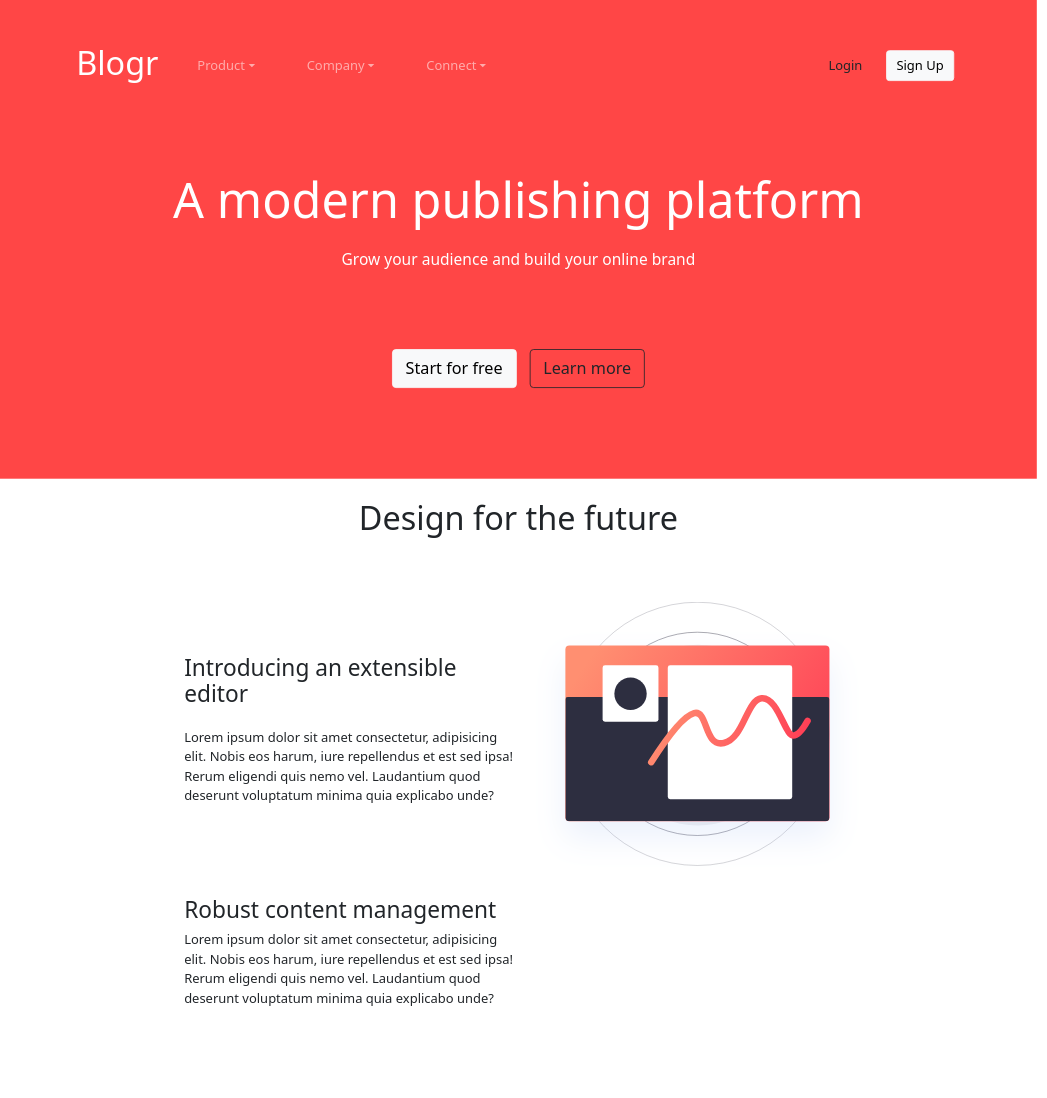
Repository: badhon252/blogr-landing-page
Page: /
The author's editor kept a copy of each file at every save. The page is drawn from the files as they stood at one save, then again after the next save.
The browser window is 1280 px wide. The page is 1292 px wide, so the pictures cover 1292 px, including what lies to the right of the window. The pictures show the whole page, at 81% of full size.
The project was rebuilt for these pictures with package versions that can differ from the ones it lists, and the page was loaded fresh each time.

Above is the page before, as saved 2022-01-18 18:53:35.

### public/index.html
<!DOCTYPE html>
<html lang="en">

<head>
  <meta charset="utf-8" />
  <link rel="icon" href="%PUBLIC_URL%/favicon.ico" />
  <meta name="viewport" content="width=device-width, initial-scale=1" />
  <meta name="theme-color" content="#000000" />
  <meta name="description" content="Web site created using create-react-app" />
  <link rel="apple-touch-icon" href="%PUBLIC_URL%/logo192.png" />

  <link rel="manifest" href="%PUBLIC_URL%/manifest.json" />
  <!-- Bootstrap css  -->
  <link href="https://cdn.jsdelivr.net/npm/bootstrap@5.1.3/dist/css/bootstrap.min.css" rel="stylesheet"
    integrity="sha384-1BmE4kWBq78iYhFldvKuhfTAU6auU8tT94WrHftjDbrCEXSU1oBoqyl2QvZ6jIW3" crossorigin="anonymous">


  <title>Blogr</title>
</head>

<body>
  <noscript>You need to enable JavaScript to run this app.</noscript>
  <div id="root"></div>

  <!-- Bootstrap js  -->
  <script src="https://cdn.jsdelivr.net/npm/bootstrap@5.1.3/dist/js/bootstrap.bundle.min.js"
    integrity="sha384-ka7Sk0Gln4gmtz2MlQnikT1wXgYsOg+OMhuP+IlRH9sENBO0LRn5q+8nbTov4+1p"
    crossorigin="anonymous"></script>

</body>

</html>

### src/App.js
import Maincomp from "./components/MainComp";

function App() {
  return (
    <div className="App">
      <Maincomp />
    </div>
  );
}

export default App;

### src/components/MainComp.js
import React from "react";
import Header from "./Header/Header";
import Intro from "./Intro/Intro";

const Maincomp = () => {
  return (
    <div>
      <Header />
      <Intro />
    </div>
  );
};

export default Maincomp;

### src/components/Header/Header.js
import React from "react";
import Nav from "./Nav";
import "../styles/index.css";
import HeaderContent from "./HeaderContent";

export default function Header() {
  return (
    <div className="header">
      <div className="container">
        <Nav />
        <HeaderContent />
      </div>
    </div>
  );
}

### src/components/Intro/Intro.js
import React from "react";
import MobileLogo from "../../images/illustration-editor-mobile.svg";
import "../styles/index.css";

export default function Intro() {
  return (
    <div>
      <h1 className="intro-h1 py-4">Design for the future</h1>
      <div className="row ms-auto py-5">
        <div className="col-md-2"></div>
        <div className="col-md-4">
          <div className=" py-5">
            <h3 className="py-3">Introducing an extensible editor</h3>
            <p>
              Lorem ipsum dolor sit amet consectetur, adipisicing elit. Nobis
              eos harum, iure repellendus et est sed ipsa! Rerum eligendi quis
              nemo vel. Laudantium quod deserunt voluptatum minima quia
              explicabo unde?
            </p>
          </div>
          <div className="py-5">
            <h3>Robust content management</h3>
            <p>
              Lorem ipsum dolor sit amet consectetur, adipisicing elit. Nobis
              eos harum, iure repellendus et est sed ipsa! Rerum eligendi quis
              nemo vel. Laudantium quod deserunt voluptatum minima quia
              explicabo unde?
            </p>
          </div>
        </div>
        <div className="col-md-6 ">
          <img src={MobileLogo} alt="This is MobileLogo svg img"></img>
          <div></div>
        </div>
      </div>
    </div>
  );
}

### src/components/Header/Nav.js
import React from "react";
import "../styles/index.css";
const Nav = () => {
  return (
    <div>
      <nav className="navbar navbar-expand-lg navbar-dark py-5">
        <div className="container-fluid">
          <a className="navbar-brand" href="/">
            <h1>Blogr</h1>
          </a>
          <button
            className="navbar-toggler"
            type="button"
            data-bs-toggle="collapse"
            data-bs-target="#navbarSupportedContent"
            aria-controls="navbarSupportedContent"
            aria-expanded="false"
            aria-label="Toggle navigation"
          >
            <span className="navbar-toggler-icon"></span>
          </button>
          <div className="collapse navbar-collapse" id="navbarSupportedContent">
            <ul className="navbar-nav mb-2 mb-lg-0">
              <li className="nav-item dropdown px-4">
                <a
                  className="nav-link dropdown-toggle"
                  href="/"
                  id="navbarDropdown"
                  role="button"
                  data-bs-toggle="dropdown"
                  aria-expanded="false"
                >
                  Product
                </a>
                <ul className="dropdown-menu" aria-labelledby="navbarDropdown">
                  <li>
                    <a className="dropdown-item" href="/">
                      Action
                    </a>
                  </li>
                  <li>
                    <a className="dropdown-item" href="/">
                      Another action
                    </a>
                  </li>
                  <li>
                    <hr className="dropdown-divider" />
                  </li>
                  <li>
                    <a className="dropdown-item" href="/">
                      Something else here
                    </a>
                  </li>
                </ul>
              </li>{" "}
              <li className="nav-item dropdown px-4">
                <a
                  className="nav-link dropdown-toggle"
                  href="/"
                  id="navbarDropdown"
                  role="button"
                  data-bs-toggle="dropdown"
                  aria-expanded="false"
                >
                  Company
                </a>
                <ul className="dropdown-menu" aria-labelledby="navbarDropdown">
                  <li>
                    <a className="dropdown-item" href="/">
                      Action
                    </a>
                  </li>
                  <li>
                    <a className="dropdown-item" href="/">
                      Another action
                    </a>
                  </li>
                  <li>
                    <hr className="dropdown-divider" />
                  </li>
                  <li>
                    <a className="dropdown-item" href="/">
                      Something else here
                    </a>
                  </li>
                </ul>
              </li>{" "}
              <li className="nav-item dropdown px-4">
                <a
                  className="nav-link dropdown-toggle"
                  href="/"
                  id="navbarDropdown"
                  role="button"
                  data-bs-toggle="dropdown"
                  aria-expanded="false"
                >
                  Connect
                </a>
                <ul className="dropdown-menu" aria-labelledby="navbarDropdown">
                  <li>
                    <a className="dropdown-item" href="/">
                      Action
                    </a>
                  </li>
                  <li>
                    <a className="dropdown-item" href="/">
                      Another action
                    </a>
                  </li>
                  <li>
                    <hr className="dropdown-divider" />
                  </li>
                  <li>
                    <a className="dropdown-item" href="/">
                      Something else here
                    </a>
                  </li>
                </ul>
              </li>
            </ul>
            {/* login & sign-up */}
            <ul className="navbar-nav ms-auto">
              <li className="nav-login">
                <a className="nav-link" href="/">
                  <button type="button" class="btn">
                    Login
                  </button>
                </a>
              </li>{" "}
              <li className="nav-signup">
                <a className="nav-link" href="/">
                  <button type="button" class="btn btn-light">
                    Sign Up
                  </button>
                </a>
              </li>
            </ul>
          </div>
        </div>
      </nav>
    </div>
  );
};

export default Nav;

### src/components/styles/index.css
.header {
  background-color: rgb(255, 70, 70);
  color: rgb(255, 255, 255);
  /* clip-path: circle(73.8% at 63% 38%); */
}
/* .header-nav {
  color: #fff;

} */
/* .singup,
.login {
  color: aliceblue;
} */

.header-param {
  text-align: center;
}
.header-param h1 {
  font-size: 60px;
}
.header-param p {
  font-size: 1.2rem;
}
/* .header-param .h-btn {
  -webkit-border-radius: 28;
  -moz-border-radius: 28;
  border-radius: 28px;
  font-family: Arial;
  color: #000000;
  font-size: 20px;
  background: #f5f5f5;
  padding: 10px 20px 10px 20px;
  text-decoration: none;
} */

/* Intro ======= */
.intro-h1 {
  text-align: center;
}

### src/components/Header/HeaderContent.js
import React from "react";
import "../styles/index.css";
export default function HeaderContent() {
  return (
    <div>
      <div className="py-5 header-param">
        <h1 className="">A modern publishing platform</h1>
        <p className="header-p py-3 ">
          Grow your audience and build your online brand
        </p>
        {/* btn  */}
        <div className="px-5 py-5">
          <button type="button" class="btn btn-lg btn-light me-3 my-3">
            Start for free
          </button>
          <button type="button" class="btn btn-lg btn-outline-dark">
            Learn more
          </button>
        </div>
      </div>
    </div>
  );
}

Loaded but not shown: src/index.js (common file); src/reportWebVitals.js (common file)

After the next save:
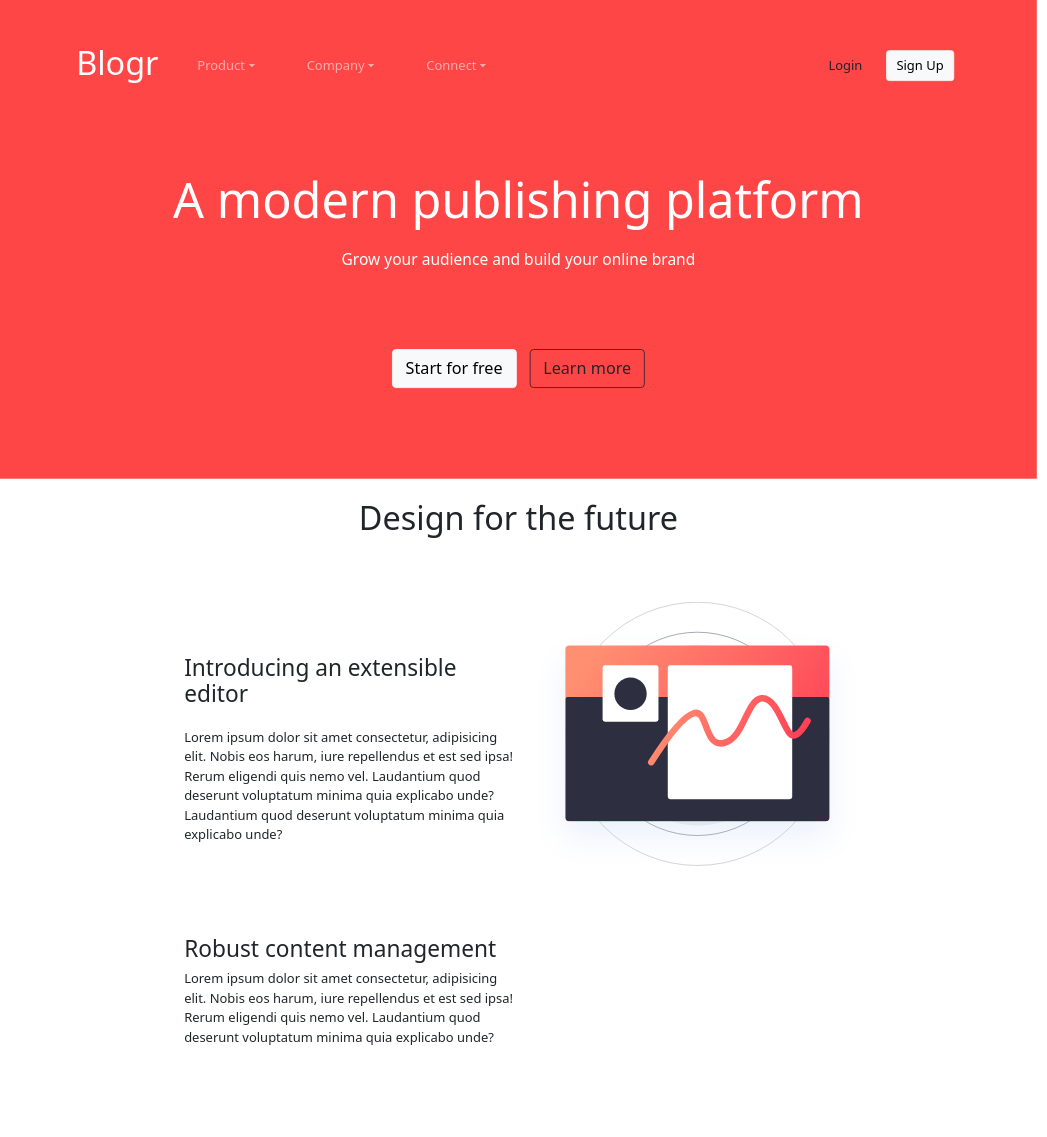
Saved 7 s later.
--- a/src/components/Intro/Intro.js
+++ b/src/components/Intro/Intro.js
@@ -15,6 +15,7 @@ export default function Intro() {
               Lorem ipsum dolor sit amet consectetur, adipisicing elit. Nobis
               eos harum, iure repellendus et est sed ipsa! Rerum eligendi quis
               nemo vel. Laudantium quod deserunt voluptatum minima quia
+              explicabo unde?Laudantium quod deserunt voluptatum minima quia
               explicabo unde?
             </p>
           </div>
